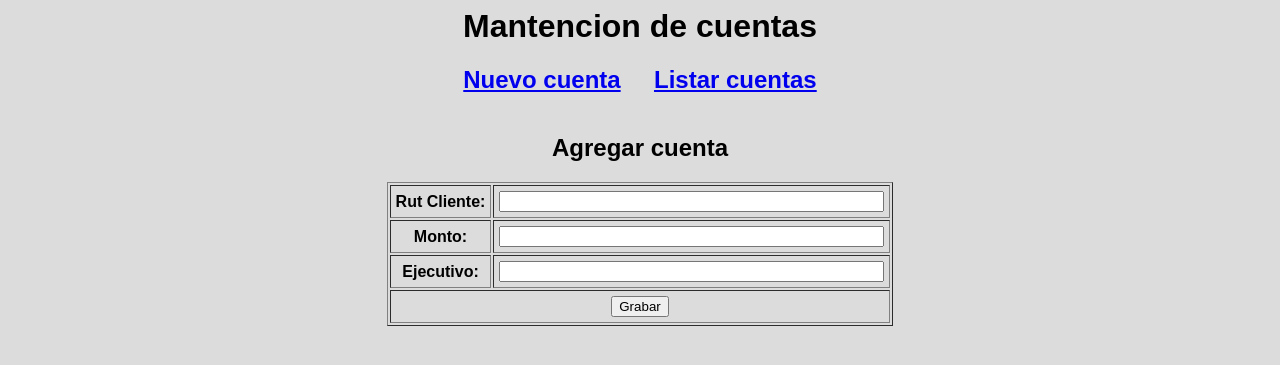
Repository: miguelalvarezcl/examen
Page: http://localhost/CtaCorriente/newcuenta
The author's editor kept a copy of each file at every save. The page is drawn from the files as they stood at one save, then again after the next save.
The browser window is 1280 px wide. The pictures show the whole page.
The page is served by Tomcat 9.

Above is the page before, as saved 2021-11-13 02:04:07.

After the next save:
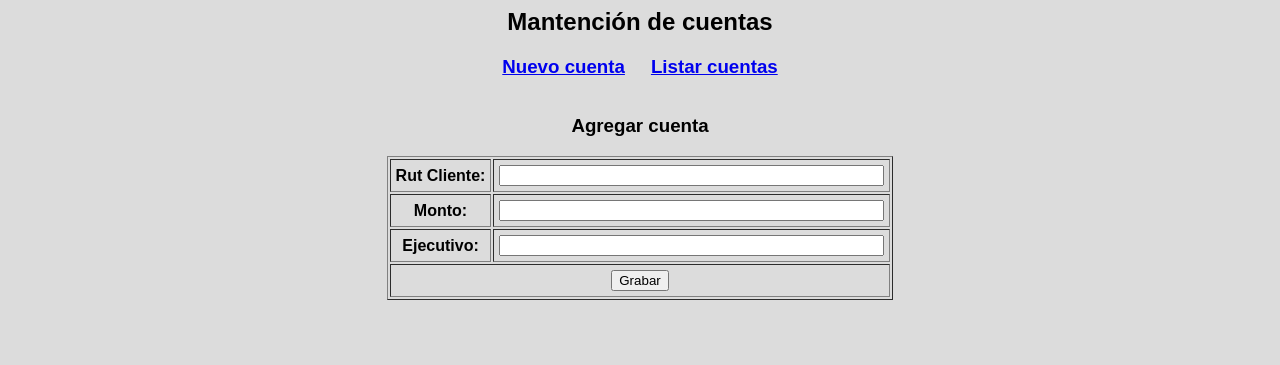
Saved 61 s later.
--- a/CtaCorriente/WebContent/FormularioCuenta.jsp
+++ b/CtaCorriente/WebContent/FormularioCuenta.jsp
@@ -8,13 +8,13 @@
 <body>
 
     <center>
-        <h1>Mantencion de cuentas</h1>
-        <h2>
+        <h2>Mantención de cuentas</h2>
+        <h3>
             <a href="/CtaCorriente/newcuenta">Nuevo cuenta</a>
             &nbsp;&nbsp;&nbsp;
             <a href="/CtaCorriente/listCuentabd">Listar cuentas</a>
 
-        </h2>
+        </h3>
     </center>
     <div align="center">
         <c:if test="${cuentabd != null}">
@@ -25,14 +25,14 @@
         </c:if>
         <table border="1" cellpadding="5">
             <caption>
-                <h2>
+                <h3>
                     <c:if test="${usuariobd != null}">
                         Editar cuenta
                     </c:if>
                     <c:if test="${usuariobd == null}">
                         Agregar cuenta
                     </c:if>
-                </h2>
+                </h3>
             </caption>
                 <c:if test="${cuentabd != null}">
                     <input type="hidden" name="id" value="${cuentabd.id}" />
